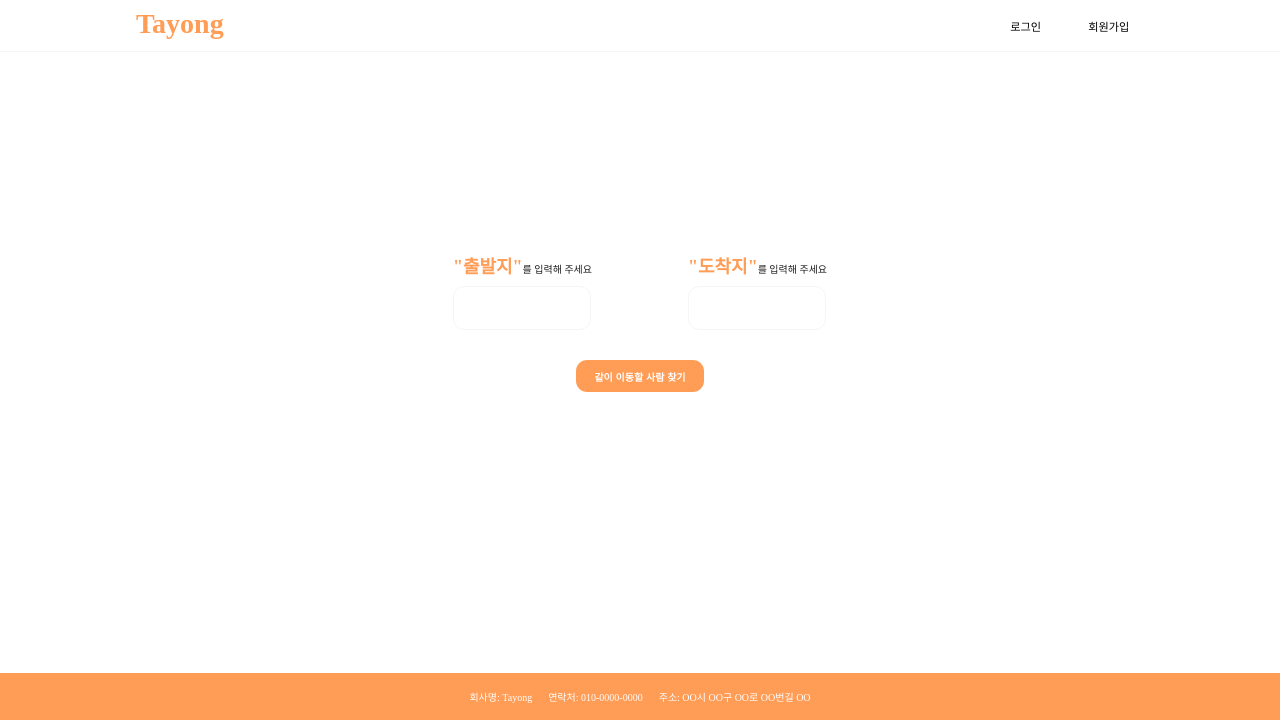
Repository: YEOMJINSEOP/playground
Page: / (app in tayong/)
An editor plug-in stored every save of this project. The page is shown before and after a run of saves, followed by the edit.
The browser window is 1280 px wide. The pictures show the whole page.
The project was rebuilt for these pictures with package versions that can differ from the ones it lists, and the page was loaded fresh each time.

Above is the page before, as saved 2022-10-28 14:46:35.

After the next 6 saves:
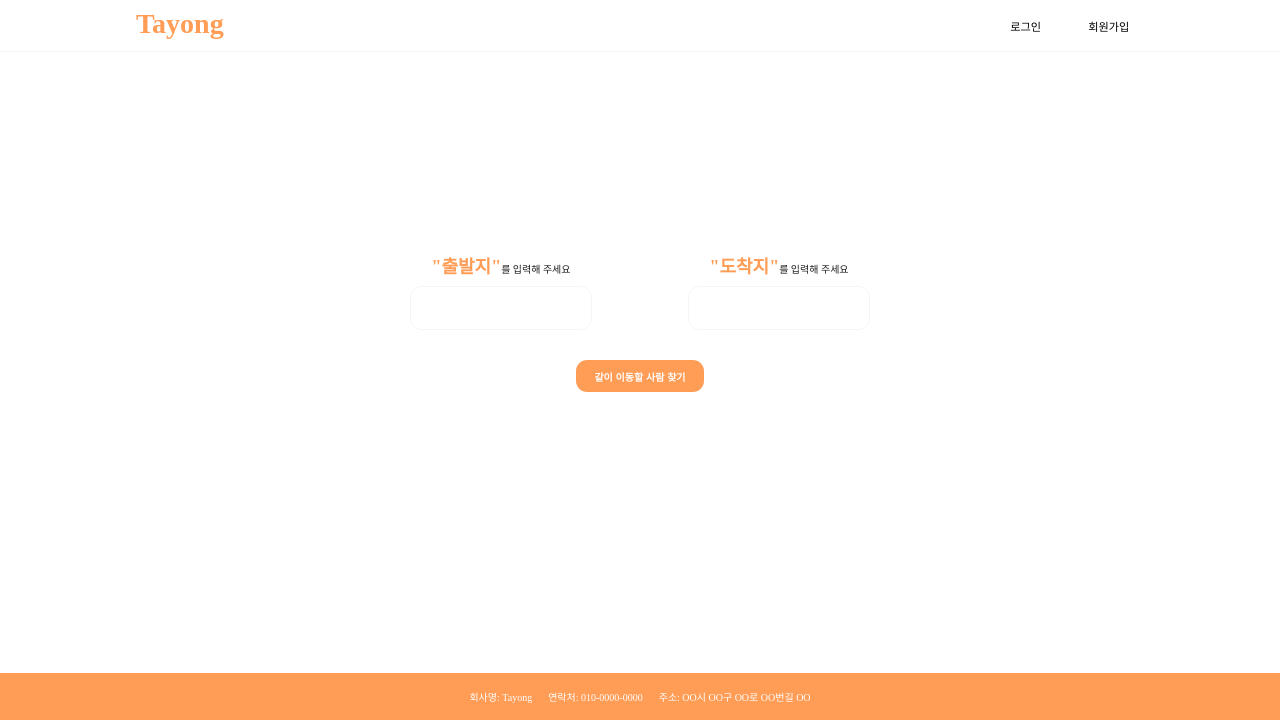
The 6 saves are shown as one change because they came seconds apart.
The last was saved 28 s later.
--- a/tayong/src/components/locationSelector/locationSelector.module.css
+++ b/tayong/src/components/locationSelector/locationSelector.module.css
@@ -24,11 +24,12 @@
 }
 
 .locationSelectorInput{
+  width: 11rem;
   height: 40px;
   border: var(--border-weight) solid var(--color-light-grey) ;
   border-radius: 0.7rem;
   color: var(--color-black);
-  font-size: var(--font-micro);
+  font-size: var(--font-);
 }
 
 .info{
